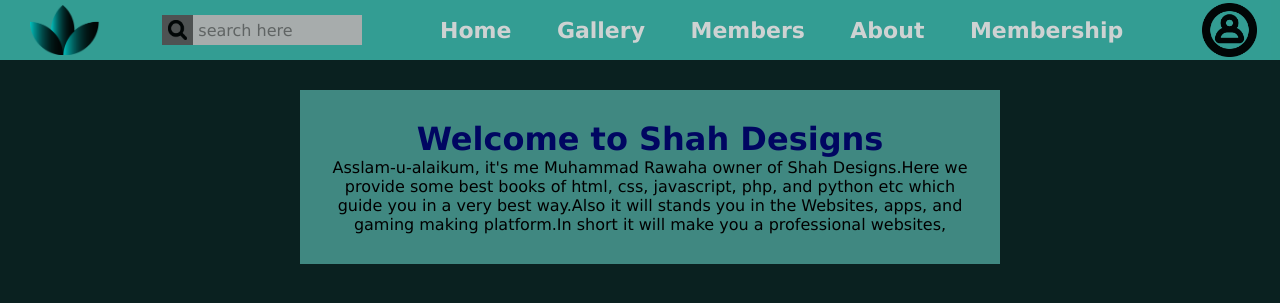
Repository: RawahaMR11/my_assignments
Page: rawaha computer/Shah Designs web/Shah home page.html
The author's editor kept a copy of each file at every save. The page is drawn from the files as they stood at one save, then again after the next save.
The browser window is 1280 px wide. The pictures show the whole page.

Above is the page before, as saved 2024-12-13 07:34:22.

### rawaha computer/Shah Designs web/Shah home page.html
<!DOCTYPE html>
<html lang="en">
<head>
      <meta charset="UTF-8">
      <meta name="viewport" content="width=device-width, initial-scale=1.0">
      <title>Shah Designs</title>
      <link rel="stylesheet" href="Shah home page.css">
</head>
<body>
<div class="my-display">
      <header>
            <div class="logo">
                  <img src="logo.png" alt="Shah Designs logo">
            </div><!--end logo-->
            <div class="search">
                  <img src="search.png" alt="Search-icon">
                  <input type="text" placeholder="search here">
            </div><!--end search-->
            <div class="home">
                  <a href="Shah home page.html">Home</a>
            </div><!--end home-->
            <div class="gallery">
                  <a href="#">Gallery</a>
            </div><!--end gallery-->
            <div class="members">
                  <a href="#">Members</a>
            </div><!--end members -->
            <div class="about">
                  <a href="#">About</a>
            </div><!--end about-->
            <div class="membership">
                  <a href="#">Membership</a>
            </div>
            <div class="login">
                  <img src="sign in.png" alt="Login">
            </div><!--end login-->
      </header>


      <div class="wrapper">
            <div id="welcome">
                  <h1>Welcome to Shah Designs</h1>
                  <p>Asslam-u-alaikum, it's me Muhammad Rawaha owner of Shah Designs.Here we provide some best books of html, css, javascript, php, and python etc which guide you in a very best way.Also it will stands you in the Websites, apps, and gaming making platform.In short it will make you a professional websites, </p>
            </div><!--end welcome-->
      </div><!--end wrapper-->
</div>
</body>
</html>

### rawaha computer/Shah Designs web/Shah home page.css
* {
      margin: 0;
      padding: 0;
}
body {
      display: block;
      font-size: 14px;
      background-color: rgb(10, 33, 32);
}
.my-display {
      width: 80%;
      margin: 0 auto;
      height: 100%;
      width: 100%;
}
/* css for opening my page on tablets (screens with width <=768px) */
@media screen and (max-width: 768px) {
      body {
            font-size: 16px;
      }
      .my-display {
            width: 100%;
      }
}
/* css for opening my page on laptops,pcs etc (screens with width <=1080px) */
@media screen and (max-width: 1080px) {
      body {
            font-size: 14px;
      }
      .my-display {
            width: 100%;
      }
}
/* css for opening my page on phones (screens with width <=480px) */
@media screen and (max-width: 480px) {
      body {
            font-size: 10px;
      }
      .my-display {
            width: 100%;
      }
}
header {
      width: 100%;
      height: 60px;
      display: flex;
      align-items: center;
      background-color: rgb(62, 188, 176);
      opacity: 80%;
      gap: 31.5px;
}
.logo {
      height: 83%;
      width: 70px;
      margin: 0 30px 0;
}
.logo img {
      height: 100%;
      width: 100%;
}
.search {
      width: 200px;
      height: 30px;
      background-color: rgb(95, 95, 95);
      display: flex;
      align-items: center;
      justify-content: space-evenly;
}
.search img {
      width: 10%;
      height: 65%;
      padding: 6px;
}
.search input {
      width: 90%;
      padding: 5.34px;
      border: none;
      outline: none;
      background-color: rgb(207, 207, 207);
      font-family: Verdana, Geneva, Tahoma, sans-serif;
      font-size: 16px;
}
.home {
      font-family: Verdana, Geneva, Tahoma, sans-serif;
      font-size: 22px;
      margin-left: 40px;
      padding: 7px;
}
.home:hover {
      background-color: rgb(161, 161, 161);
}
.home a {
      text-decoration: none;
      font-weight: 700;
      color: white;
}
.gallery {
      font-family: Verdana, Geneva, Tahoma, sans-serif;
      font-size: 22px;
      padding: 7px;
}
.gallery:hover {
      background-color: rgb(161, 161, 161);
}
.gallery a {
      text-decoration: none;
      font-weight: 700;
      color: white;
}
.members {
      font-family: Verdana, Geneva, Tahoma, sans-serif;
      font-size: 22px;
      padding: 7px;
}
.members:hover {
      background-color: rgb(161, 161, 161);
}
.members a {
      text-decoration: none;
      font-weight: 700;
      color: white;
}
.about {
      font-family: Verdana, Geneva, Tahoma, sans-serif;
      font-size: 22px;
      padding: 7px;
}
.about:hover {
      background-color: rgb(161, 161, 161);
}
.about a {
      text-decoration: none;
      font-weight: 700;
      color: white;
}
.membership {
      font-family: Verdana, Geneva, Tahoma, sans-serif;
      font-size: 22px;
      padding: 7px;
}
.membership:hover {
      background-color: rgb(161, 161, 161);
}
.membership a {
      text-decoration: none;
      font-weight: 700;
      color: white;
}
.login {
      height: 90%;
      width: 55px;
      float: right;
      margin-left: 40px;
}
.login img {
      height: 100%;
      width: 100%;
      cursor: pointer;
}
.wrapper {
      width: 50%;
      height: auto;
      display: flex;
      align-items: center;
      justify-content: center;
      margin-top: 30px;
      background-color: rgb(64, 136, 129);
      padding: 30px;
      margin-left: 300px;
}
#welcome {
      width: 100%;
      font-family: Verdana, Geneva, Tahoma, sans-serif;
      font-size: 16px;
}
#welcome h1 {
      text-align: center;
      color: rgb(0, 6, 97)
}
#welcome p {
      text-align: center;
}

After the next save:
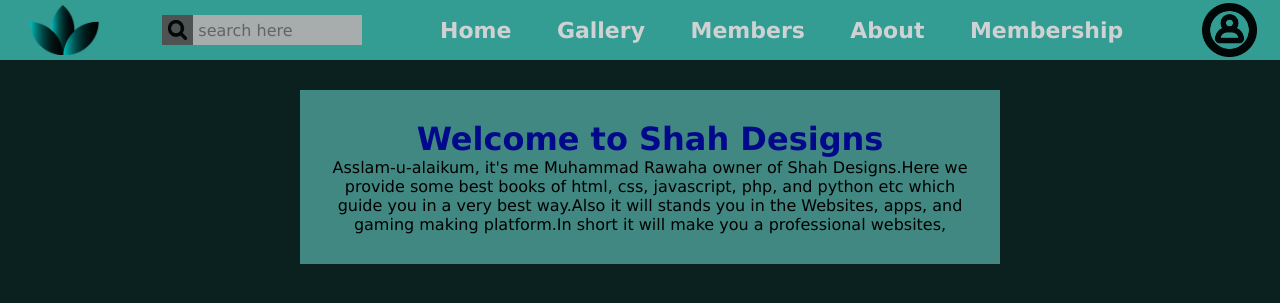
Saved 15 s later.
--- a/rawaha computer/Shah Designs web/Shah home page.css
+++ b/rawaha computer/Shah Designs web/Shah home page.css
@@ -175,7 +175,7 @@
 }
 #welcome h1 {
       text-align: center;
-      color: rgb(0, 6, 97)
+      color: rgb(0, 9, 137)
 }
 #welcome p {
       text-align: center;

After the save that followed:
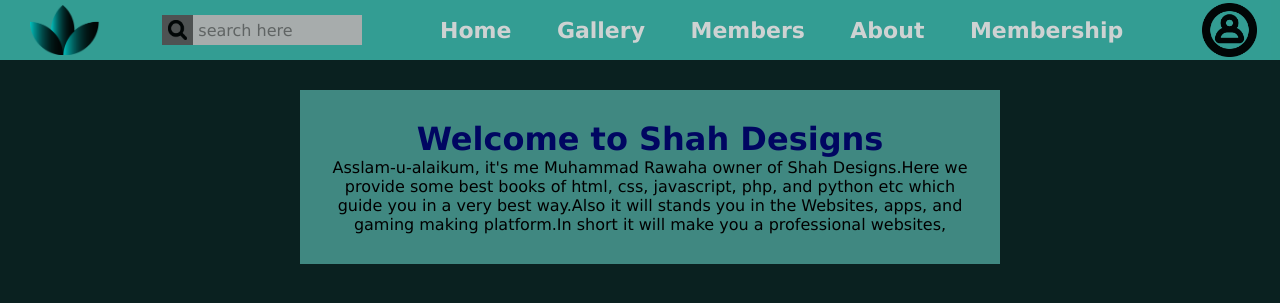
Saved 8 s later.
--- a/rawaha computer/Shah Designs web/Shah home page.css
+++ b/rawaha computer/Shah Designs web/Shah home page.css
@@ -175,7 +175,7 @@
 }
 #welcome h1 {
       text-align: center;
-      color: rgb(0, 9, 137)
+      color: rgb(0, 6, 97)
 }
 #welcome p {
       text-align: center;
